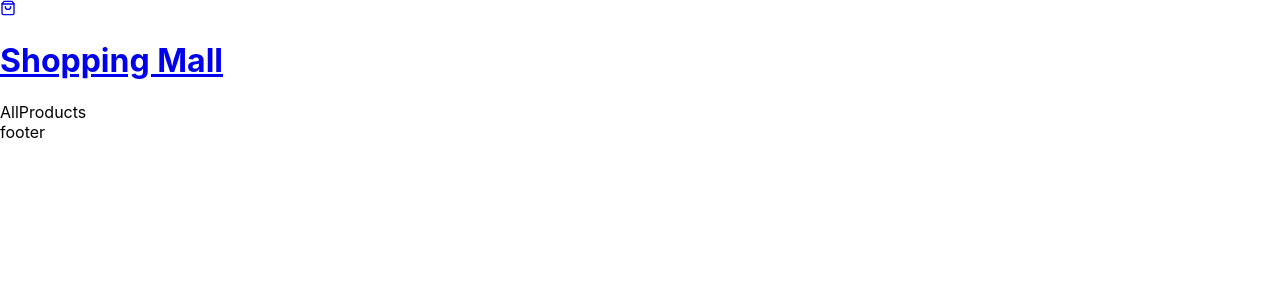
Repository: dnjfht/shopping_mall
Page: /products
These files come from the project's save history. The page is drawn as it stood at one moment and after the next save; the edit follows.
The browser window is 1280 px wide. The pictures show the whole page.
The project was rebuilt for these pictures with package versions that can differ from the ones it lists, and the page was loaded fresh each time. Also part of the build but not shown: src/App.css, src/pages/Home.jsx, src/pages/NewProduct.jsx, src/pages/ProductDetail.jsx, src/pages/NotFound.jsx, src/pages/MyCart.jsx.

Above is the page before, as saved 2023-03-05 19:46:17.

After the next save:
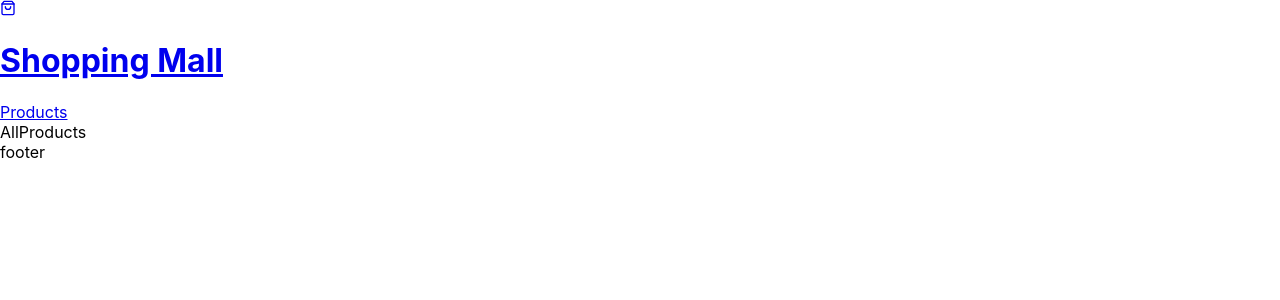
Saved 59 s later.
--- a/src/components/Header.jsx
+++ b/src/components/Header.jsx
@@ -10,6 +10,9 @@ export default function Header() {
         <FiShoppingBag />
         <h1>Shopping Mall</h1>
       </Link>
+      <nav>
+        <Link to="/products">Products</Link>
+      </nav>
     </header>
   );
 }
